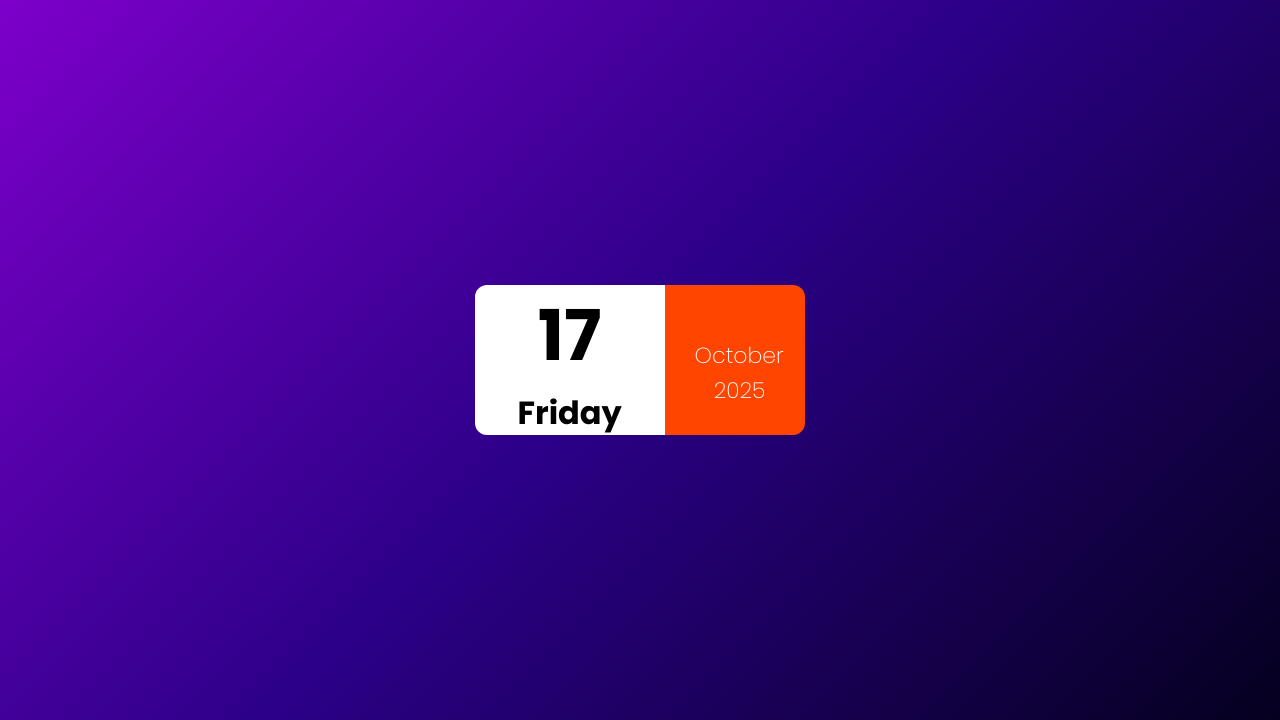
Repository: Ankitkr2021/Calendar
Page: index.html
The author's editor kept a copy of each file at every save. The page is drawn from the files as they stood at one save, then again after the next save.
The browser window is 1280 px wide. The pictures show the whole page.

Above is the page before, as saved 2025-10-17 19:34:02.

After the next save:
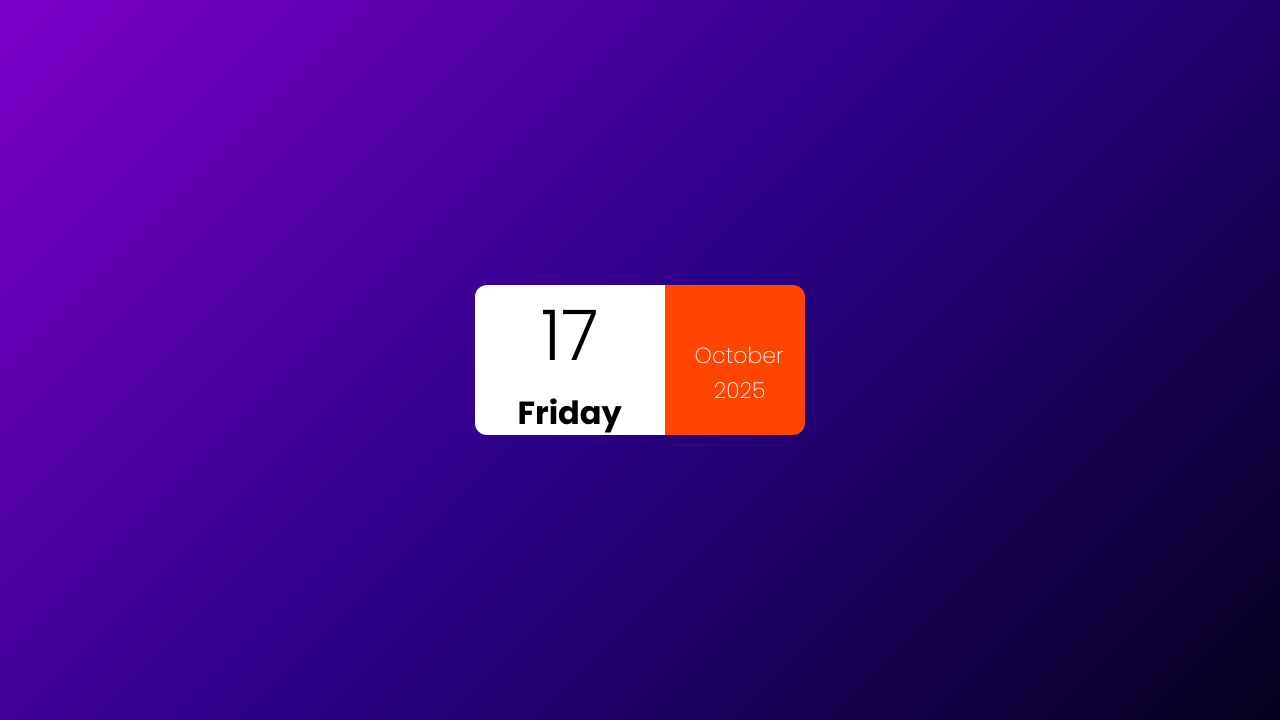
Saved 5 s later.
--- a/style.css
+++ b/style.css
@@ -31,7 +31,7 @@
 .din {
     text-align: center;
     font-size: 70px;
-    font-family: 300;
+    font-weight: 300;
 }
 
 .mon {
